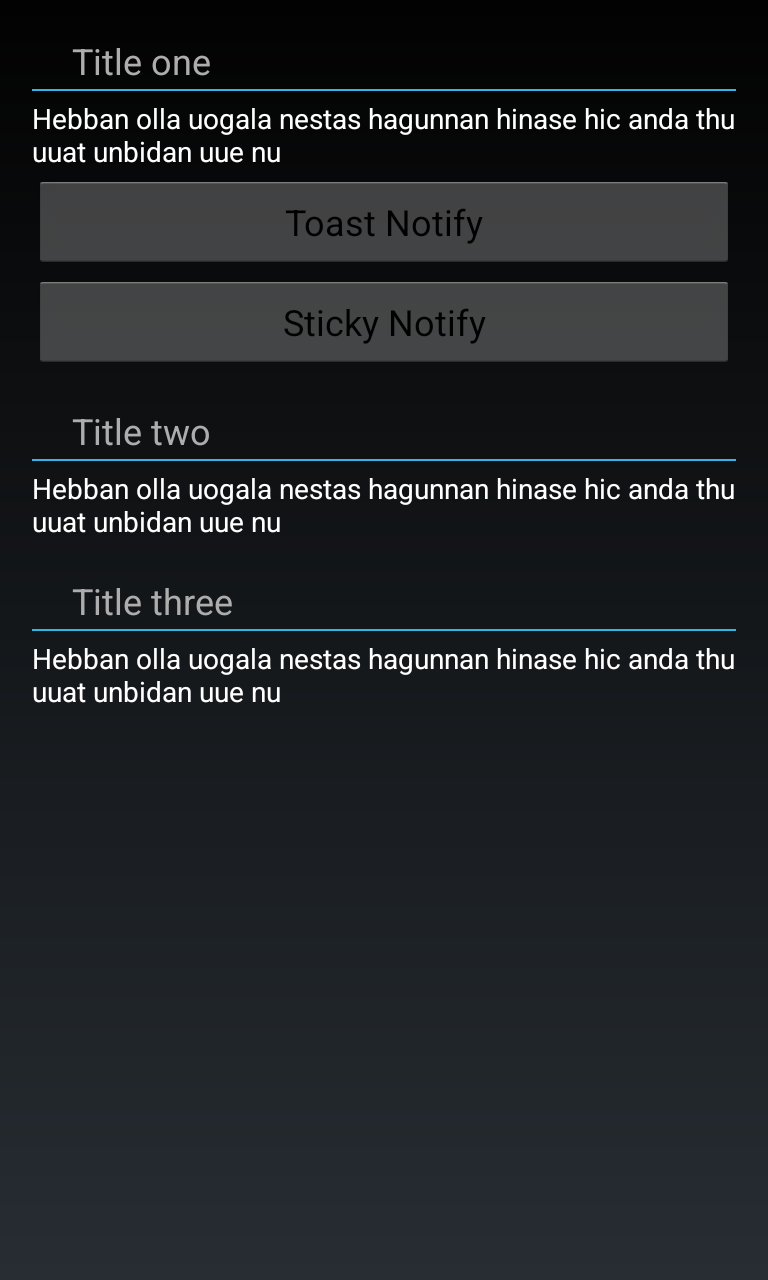
Repository: zubke/NotifyLib
Layout: Android-NotifySample/res/layout/activity_main.xml
An editor plug-in stored every save of this project. The layout is shown before and after a run of saves, followed by the edit.
It is drawn on a 768 x 1280 px phone screen (xhdpi) without system bars, with theme AppTheme; the app's code is not run.

Above is the layout before, as saved 2013-10-07 19:41:11.

After the next 2 saves:
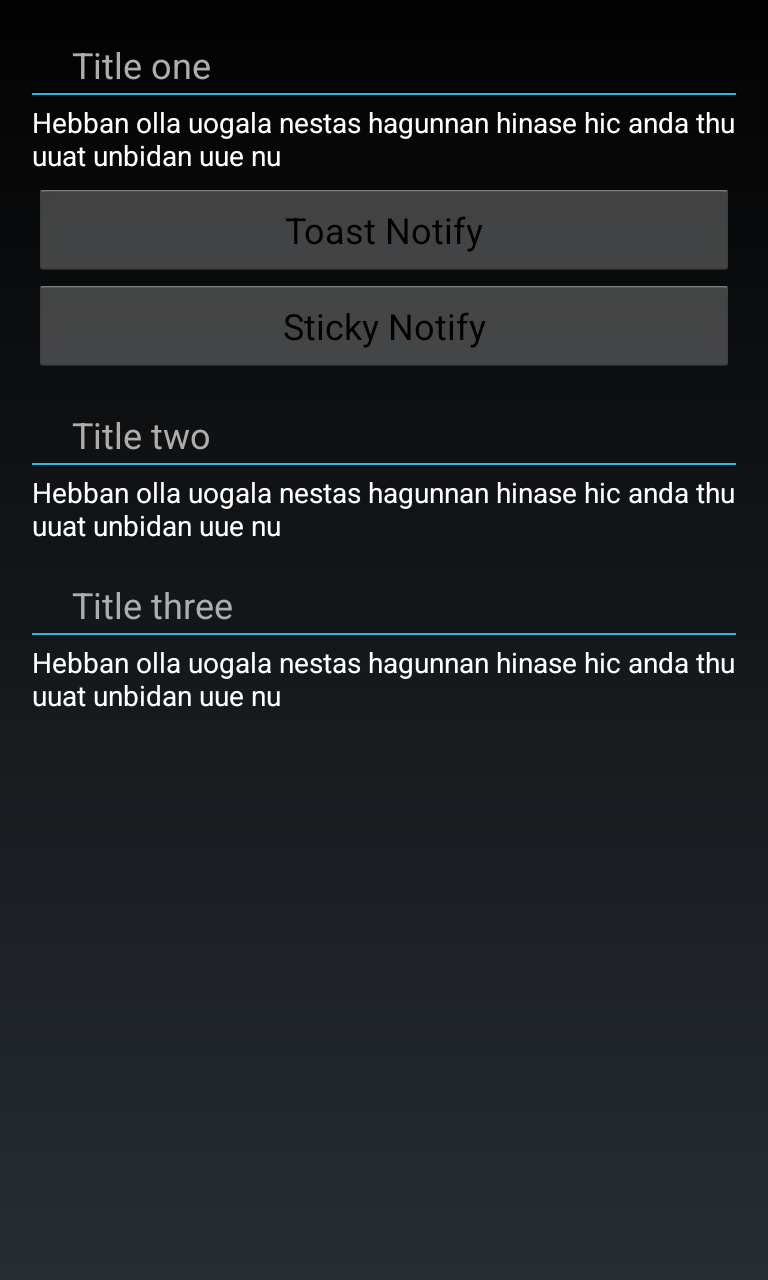
The 2 saves are shown as one change because they came seconds apart.
The last was saved 36 s later.
--- a/Android-NotifySample/res/layout/activity_main.xml
+++ b/Android-NotifySample/res/layout/activity_main.xml
@@ -8,6 +8,8 @@
         android:layout_width="match_parent"
         android:layout_height="wrap_content"
         android:orientation="vertical"
+                    android:layout_marginTop="@dimen/view_margin_top"
+
         android:paddingBottom="@dimen/activity_vertical_margin"
         android:paddingLeft="@dimen/activity_horizontal_margin"
         android:paddingRight="@dimen/activity_horizontal_margin" >
@@ -30,21 +32,20 @@
             android:layout_height="wrap_content"
             android:text="@string/content_one" />
 
+        <!-- TODO REFACTOR THESE BUTTONS -->
         <Button
             android:id="@+id/button1"
             android:layout_width="match_parent"
             android:layout_height="wrap_content"
-            android:layout_below="@+id/textView1"
-            android:text="Toast Notify"
-            android:layout_marginTop="2dp" />
+            android:layout_marginTop="4dp"
+            android:text="Toast Notify" />
 
+        <!-- TODO REFACTOR THESE BUTTONS -->
         <Button
             android:id="@+id/button2"
             android:layout_width="match_parent"
             android:layout_height="wrap_content"
-            android:layout_below="@+id/button1"
-            android:text="Sticky Notify"
-              android:layout_marginTop="2dp"/>
+            android:text="Sticky Notify" />
 
         <TextView
             style="@style/Title"
